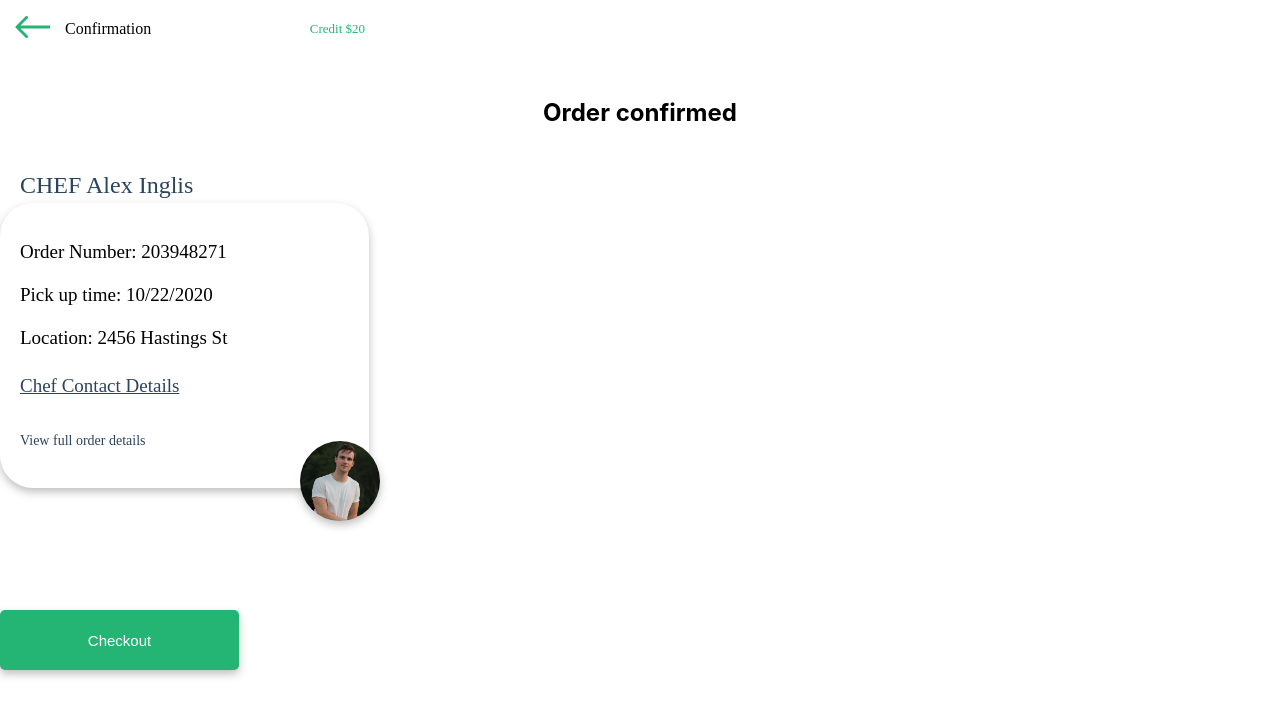
Repository: nguyenlejoe/HomeChef
Page: / (app in app/)
The author's editor kept a copy of each file at every save. The page is drawn from the files as they stood at one save, then again after the next save.
The browser window is 1280 px wide. The pictures show the whole page.
The project was rebuilt for these pictures with package versions that can differ from the ones it lists, and the page was loaded fresh each time.

Above is the page before, as saved 2020-11-06 18:38:04.

### app/src/App.js
import React from 'react';
//import logo from './logo.svg';
//import './App.css';
import Pages from './pages/OrderConfirmation';

function App() {
  return (
    <Pages />
  );
}

export default App;

### app/src/pages/OrderConfirmation.js
import React from 'react';
import './OrderConfirmation.scss';
import Button from '../comps/MainButton';
import TopBar from '../comps/TopBar';
import OrderDetails from '../comps/OrderDetails';

export default function CheckoutPage() {
  return<div className="app">
       <div className="cart">
           <TopBar text="Confirmation"></TopBar>
       </div>
       <div className="OrderConfirmed">
            Order confirmed
        </div>
           <OrderDetails bgimg="none"></OrderDetails>

        <div className="button">
            <Button text="Checkout"></Button>
        </div>
    </div>
}

### app/src/pages/OrderConfirmation.scss
.app{
    width: 100vw;
    height:100vh;
    overflow-x: hidden;
    position: relative;
}

.OrderConfirmed{
    display: flex;
    justify-content: center;
    font-size: 24px;
    font-weight: bold;
    margin:40px 0;
}

.button{
    display: flex;
    justify-content: center;
    bottom: 50px;
    position: absolute;
}

### app/src/comps/MainButton/index.js
import React from 'react';
import styled, {css} from 'styled-components';
import icon2 from '../../assets/DollarSign.png';

const ButtonContainer = styled.button`
    width: ${props =>props.width ? props.width : '239px'};
    height: ${props =>props.height ? props.height : '60px'};
    background-color: ${props =>props.bgcolor ? props.bgcolor : '#24B574'};
    border-radius: ${props =>props.radius ? props.radius : '5px'};
    display: flex;
    justify-content: center;
    align-items: center;
    filter: drop-shadow(0px 4px 4px rgba(0, 0, 0, 0.25));
    border:none;
`;

const ButtonText = styled.p`
    text-align: center;
    font-size: ${props =>props.fontSize ? props.fontSize : '15px'};;
    color:${props =>props.textColor ? props.textColor : '#FFFFFF'};
`;

const Icon = styled.div`
    ${() => css`
        background-image: url(${props =>props.icon1 ? props.icon1 : icon2});
        background-color:white;
        padding:10px;
        background-repeat: no-repeat;
        background-position: center;
        position:absolute;
        left: 0px;
        `}
    `;

const Button = ({text,textColor,bgcolor, width, height, radius, fontSize}) => {
    return <ButtonContainer bgcolor = {bgcolor} height={height} width={width} radius={radius}>
                <ButtonText fontSize={fontSize} textColor = {textColor}>{text}</ButtonText>
            </ButtonContainer>
}

ButtonText.defaultprops = {
    color:null,
}

export default Button;

### app/src/comps/TopBar/index.js
import React from 'react';
import styled from 'styled-components';


const TopBarContainer = styled.div`
   font-family: Poppins;
   display:flex;
   position:relative;
   align-items:center;
   width:350px;
   padding:15px;
`;

const LeftArrowImg = styled.div`
    margin-right:15px;
`;

const TopLeftText = styled.div`
    display:flex;

`;

const CreditText = styled.div`
   color:#24B574;
   font-size:13px;
   position:absolute;
   right:15px;
`;


const TopBar = ({text}) => {

    return <TopBarContainer>
            <LeftArrowImg><img src='/leftarrow.png' /></LeftArrowImg>
            <TopLeftText>{text}</TopLeftText>
            <CreditText>Credit $20</CreditText>
        </TopBarContainer>
}

TopBar.defaultProps = {

}

export default TopBar;

### app/src/comps/OrderDetails/index.js
import React from 'react';
import styled, {css} from 'styled-components';
import Avatar from '../Avatar';

const DetailsContainer = styled.div`
  display:flex;
  flex-direction:column;

`;

const Chefname = styled.div`
font-family: Poppins;
font-style: normal;
font-weight: 500;
font-size: 24px;
line-height: 36px;
color: #2B445E;
left:20px;
position:relative;
`

const DetailsRectangle = styled.div`
background-color: #FFFFFF;
filter: drop-shadow(0px 4px 4px rgba(0, 0, 0, 0.25));
height: 285px;
width: 369px;
left: 0px;
top: 37px;
border-radius: 33px;
flex-direction:column;
`

const OrderNumber = styled.div`
font-family: Poppins;
margin-top:15px;
margin-bottom:15px;
font-weight: 500;
font-size: 19px;
line-height: 28px;
color: #000000;
`

const Pickuptxt = styled.div`
font-family: Poppins;
margin-top:15px;
margin-bottom:15px;
font-weight: 500;
font-size: 19px;
line-height: 28px;
color: #000000;
`

const Location = styled.div`
font-family: Poppins;
margin-top:15px;
margin-bottom:15px;
font-weight: 500;
font-size: 19px;
line-height: 28px;
color: #000000;
`
const Contact = styled.div`
font-family: Poppins;
margin-top:20px;
margin-bottom:10px;
font-weight: 500;
font-size: 19px;
line-height: 28px;
color: #2B445E;
text-decoration:underline;
cursor:pointer;
`
const FullDetails = styled.div`
font-family: Poppins;
margin-top:30px;
margin-bottom:10px;
font-weight: 500;
font-size: 14px;
line-height: 21px;
color: #2B445E;
cursor:pointer;
`
const Detailstxtboxs = styled.div`
position: relative;
left:20px;
top:20px;

`

const Photocont = styled.div`
z-index:1;
position:relative;
left:300px;
size:105px;
`






const OrderDetails = ({Chef, OrderNum, Pickupdate, Locationtxt, profileimg}) => {

    return <DetailsContainer>
        <Chefname> {Chef} </Chefname>
        <DetailsRectangle>
            <Detailstxtboxs>
            <OrderNumber>Order Number: {OrderNum}</OrderNumber>
            <Pickuptxt>Pick up time: {Pickupdate} </Pickuptxt>
            <Location>Location: {Locationtxt} </Location>
            <Contact>Chef Contact Details</Contact>
            <FullDetails>View full order details</FullDetails>
            </Detailstxtboxs>
            <Photocont>
            <Avatar bgimg={profileimg}></Avatar>
            </Photocont>

        </DetailsRectangle>
    </DetailsContainer>

}

OrderDetails.defaultProps = {

    Chef:"CHEF Alex Inglis",
    OrderNum: "203948271",
    Pickupdate:"10/22/2020",
    Locationtxt:"2456 Hastings St"

}

export default OrderDetails;

### app/src/comps/Avatar/index.js
import React from 'react';
import styled from 'styled-components';

const AvatarContainer = styled.div`
width:80px;
height:80px;
`;

const AvatarImg = styled.div`
min-width:100%;
min-height:100%;
background-image:url(${props=>props.bgimg ? props.bgimg : "none"});
background-size:cover;
border-radius:100px;

`;

const Avatar = ({bgimg}) =>{
    return <AvatarContainer>
        <AvatarImg bgimg={bgimg}></AvatarImg>
    </AvatarContainer>
}

Avatar.defaultProps = {
    bgimg : "./alex.jpg"
}

export default Avatar;

Loaded but not shown: app/public/index.html (common file); app/src/index.js (common file); app/src/index.css (common file); app/src/serviceWorker.js (common file)

After the next save:
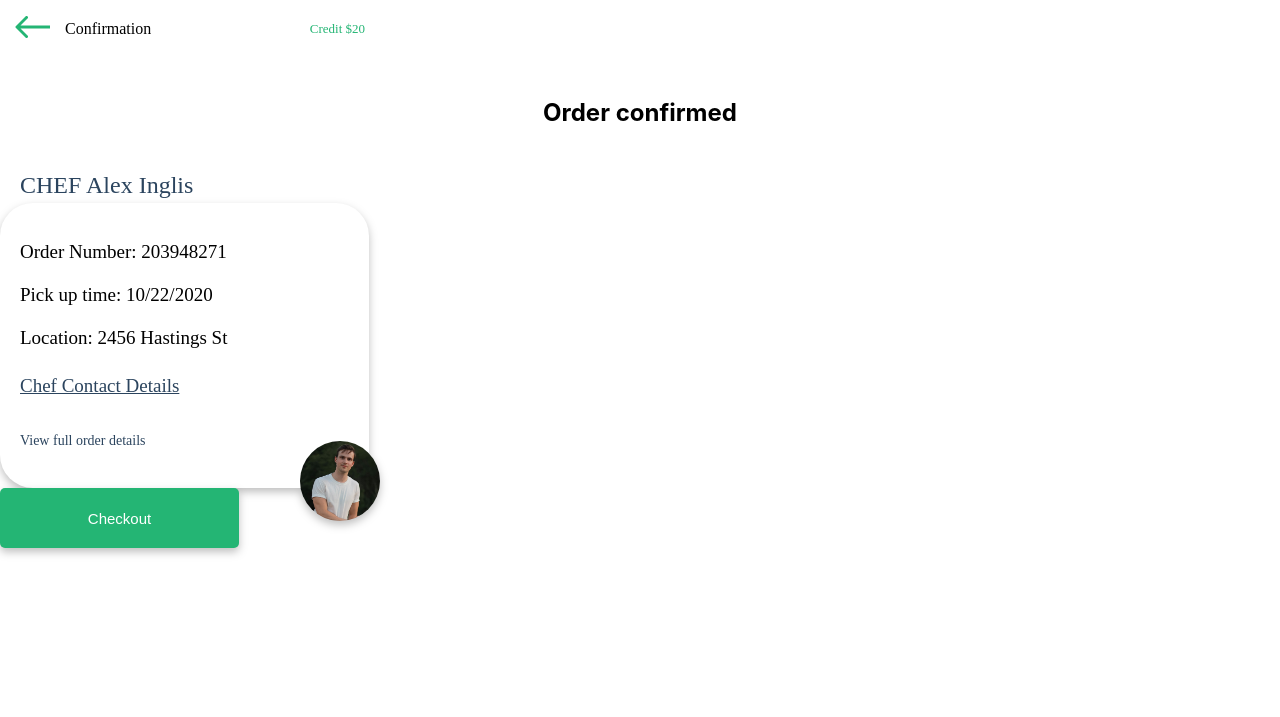
Saved 5 min 34 s later.
--- a/app/src/pages/OrderConfirmation.scss
+++ b/app/src/pages/OrderConfirmation.scss
@@ -13,9 +13,16 @@
     margin:40px 0;
 }
 
-.button{
-    display: flex;
-    justify-content: center;
-    bottom: 50px;
-    position: absolute;
+// .button{
+//     display: flex;
+//     justify-content: center;
+//     bottom: 50px;
+//     position: absolute;
+// }
+
+.ButtonBox{
+    margin: 35px;
+    :nth-child(1){
+        font-size: 20px;
+    }
 }
